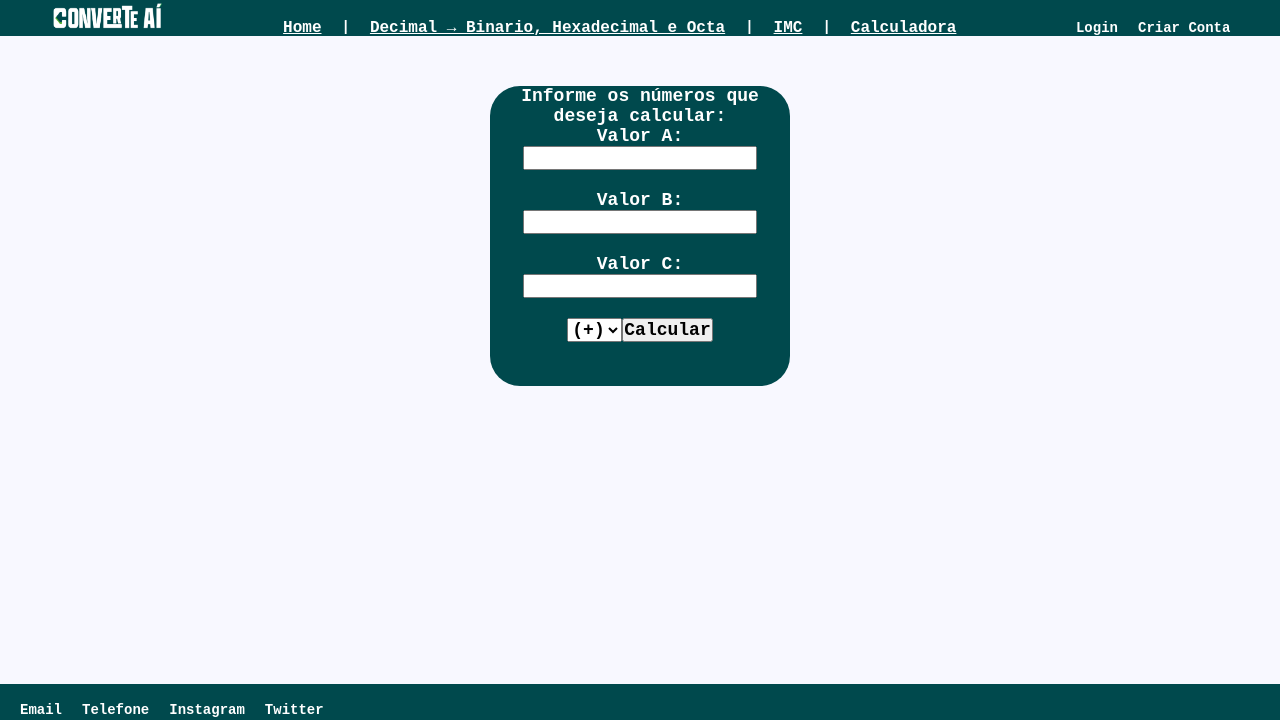
Repository: Frav1u/converteai
Page: http://localhost/ConverteAi/calculadora.html
The author's editor kept a copy of each file at every save. The page is drawn from the files as they stood at one save, then again after the next save.
The browser window is 1280 px wide. The pictures show the whole page.
Some web fonts or font styles are not loaded; a fallback is used. The page is served by Tomcat 9.

Above is the page before, as saved 2023-10-01 21:33:11.

After the next save:
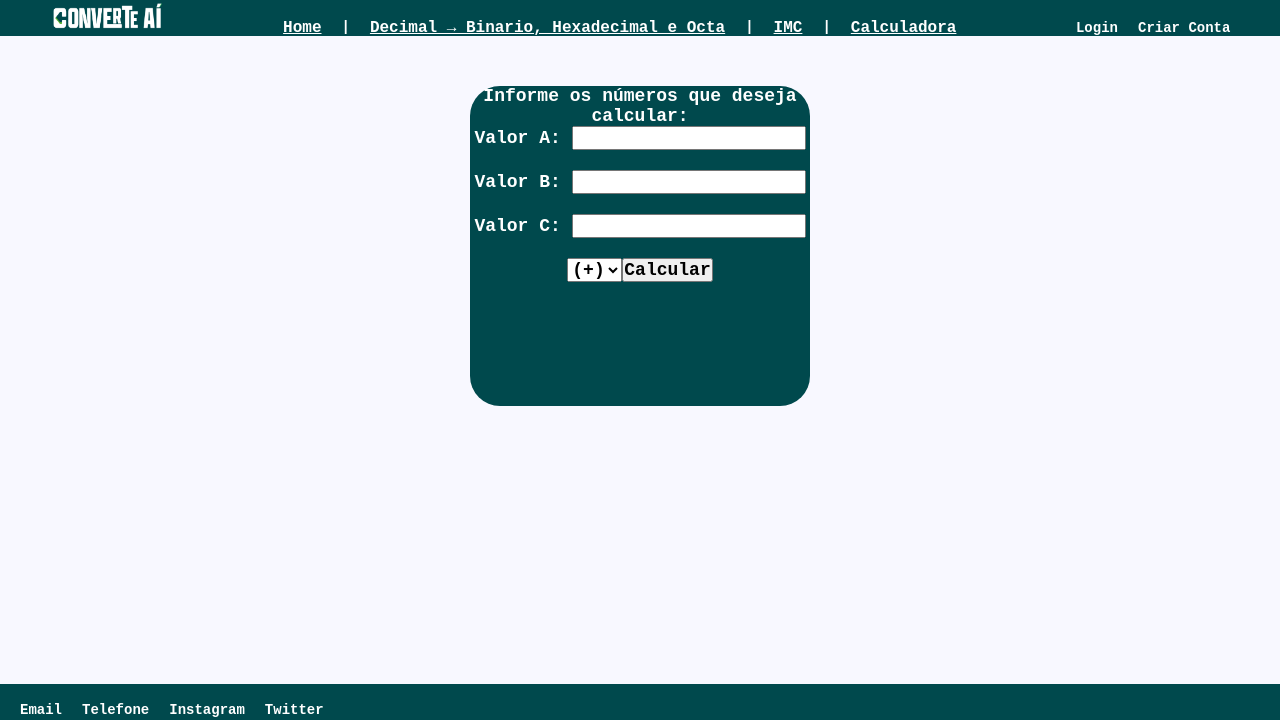
Saved 2 min 32 s later.
--- a/ConverteAi/src/main/webapp/stylecalculadora.css
+++ b/ConverteAi/src/main/webapp/stylecalculadora.css
@@ -113,8 +113,8 @@ h2{
 	padding-top: 20px;
 }
 .caixa{
-	height: 300px;
-	width: 300px;
+	height: 320px;
+	width: 340px;
 	background-color: hsl(183, 100%, 15%);
 	margin: 20px auto;
 	border-radius: 30px;
